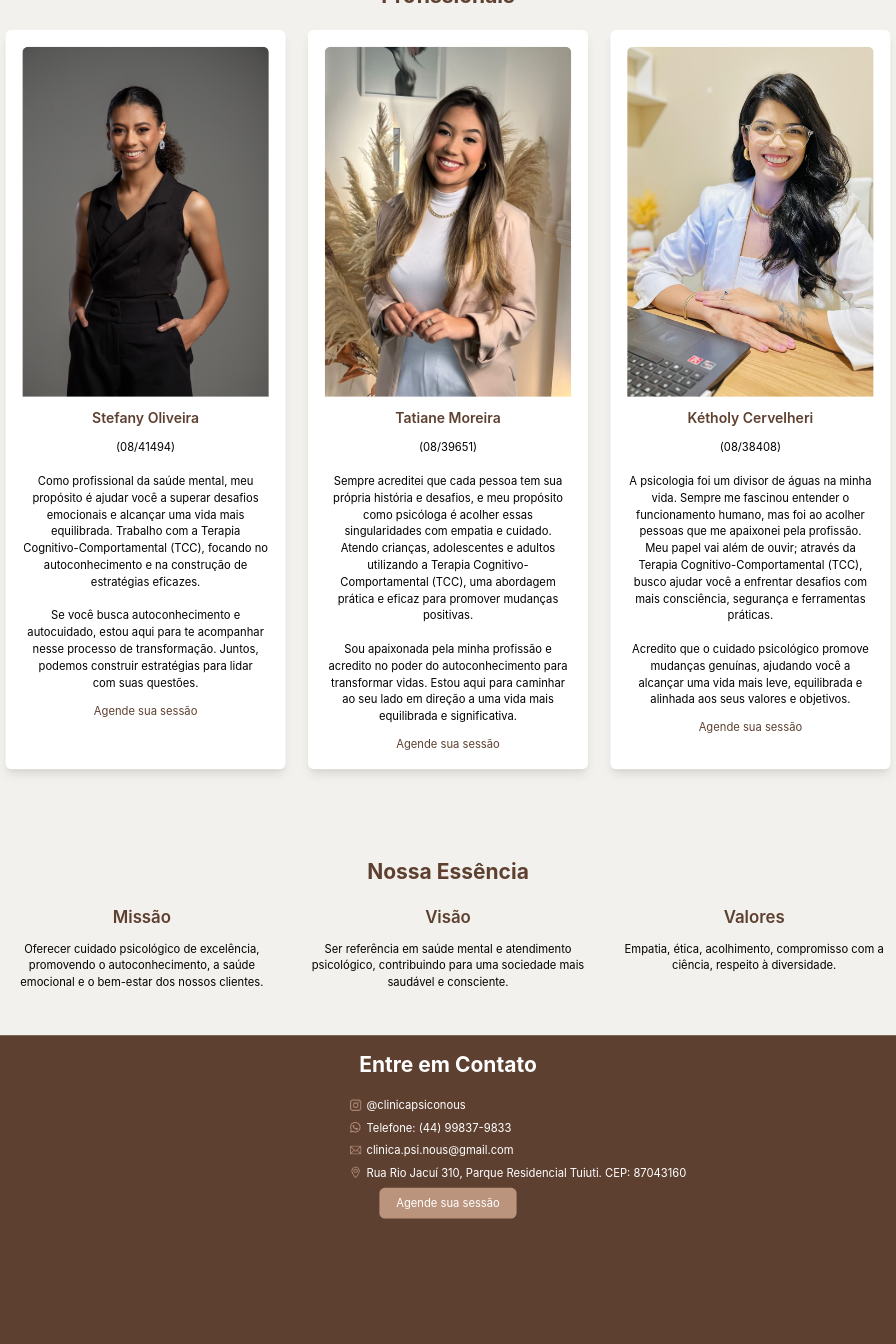
Repository: Mcervelheri/Nous
Page: /
The author's editor kept a copy of each file at every save. The page is drawn from the files as they stood at one save, then again after the next save.
The browser window is 1280 px wide. The pictures show the part of the page from y = 1517 to 3437 px (the page is 3486 px tall), at 70% of full size.
Pictures or frames that could not be fetched are drawn as grey boxes. The project was rebuilt for these pictures with package versions that can differ from the ones it lists, and the page was loaded fresh each time. Also part of the build but not shown: vite.config.js.

Above is the page before, as saved 2025-03-05 14:49:46.

### index.html
<!DOCTYPE html>
<html lang="en">
  <head>
    <meta charset="UTF-8" />
    <link rel="icon" type="image/svg+xml" href="/src/assets/logos/NOUS.png" />
    <meta name="viewport" content="width=device-width, initial-scale=1.0" />
    <title>Clínica NOUS</title>
  </head>
  <body>
    <div id="root"></div>
    <script type="module" src="/src/main.jsx"></script>
  </body>
</html>

### src/index.css
* {
  margin: 0;
  padding: 0;
  box-sizing: border-box;
}

@media (min-width: 768px) {
  .menu {
    display: flex !important;
  }

  .img_meninas {
    height: 500px;
  }
}

@media (max-width: 768px) {
  .img_meninas {
    height: 500px;
  }

  .inicio {
    flex-direction: column;
  }
}

@media (max-width: 570px) {
  .inicio p {
    text-align: center;
    font-size: 14px;
  }
}

html,
body {
  height: 100%;
  margin: 0;
  padding: 0;
}

#root {
  min-height: 100%;
  display: flex;
  flex-direction: column;
}

main {
  flex: 1;
  padding-bottom: 100px;
  /* Espaço suficiente para o footer */
}

footer {
  flex-shrink: 0;
  /* Isso impede que o footer encolha */
}

body {
  margin: 0;
  font-family: -apple-system, BlinkMacSystemFont, "Segoe UI", "Roboto", "Oxygen",
    "Ubuntu", "Cantarell", "Fira Sans", "Droid Sans", "Helvetica Neue",
    sans-serif;
  -webkit-font-smoothing: antialiased;
  -moz-osx-font-smoothing: grayscale;
}

code {
  font-family: source-code-pro, Menlo, Monaco, Consolas, "Courier New",
    monospace;
}

.map-container {
  height: 100%;
  width: 100%;
}

@tailwind base;
@tailwind components;
@tailwind utilities;

### src/App.jsx
import Footer from "./components/Footer";
import Header from "./components/Header";
import Main from "./components/Main";

function App() {
  return (
    <>
      <Header />
      <Main />
      <Footer />
    </>
  );
}

export default App;

### src/components/Footer.jsx
import React from "react";
import FooterLinksList from "./FooterLinksList";
import Map from "./Map";
import CopyWrite from "./CopyWrite";

const Footer = () => {
  return (
    <footer
      id="contato"
      className="bg-[#5e4031] text-white pt-6 mt-auto relative z-20"
    >
      <div className="container mx-auto flex flex-col items-center text-center">
        <div>
          <h2 className="text-3xl font-bold mb-6">Entre em Contato</h2>
          <FooterLinksList />
          <a
            href="/formulario"
            className="bg-[#bb947e] text-white px-6 py-3 rounded-lg hover:bg-[#c79165]"
          >
            Agende sua sessão
          </a>
        </div>
        <Map />
      </div>
      <CopyWrite />
    </footer>
  );
};

export default Footer;

### src/components/Header.jsx
import "react";
import { useState } from "react";
import NavLogo from "./NavLogo";
import HamburgerButton from "./HamburgerButton.jsx";
import NavLinks from "./NavLinks";
import logoNous from "/src/assets/logos/logo-nous.png";

const Header = () => {
  const [isOpen, setIsOpen] = useState(false);

  return (
    <nav className="bg-white w-full fixed z-30">
      <div className="max-w-7xl mx-auto px-4 sm:px-6 lg:px-8">
        <div className="flex justify-between items-center h-16">
          <NavLogo logoSrc={logoNous} alt="Logo NOUS" />
          <HamburgerButton isOpen={isOpen} onClick={() => setIsOpen(!isOpen)} />
          <NavLinks isOpen={isOpen} />
        </div>
      </div>
    </nav>
  );
};

export default Header;

### src/components/Main.jsx
import "react";
import Home from "./Home";
import About from "./About";
import Informations from "./Informations";
import Professionals from "./Professionals";
import Essence from "./Essence";

const Main = () => {
  return (
    <>
      <Home />
      <About />
      <Informations />
      <Professionals />
      <Essence />
    </>
  );
};

export default Main;

### src/components/FooterLinksList.jsx
import React from "react";
import FooterLinkData from "./FooterLinkData";
import FooterLink from "./FooterLink";

const FooterLinksList = () => {
  return (
    <div className="mb-4 lg:ml-48 md:ml-48">
      {FooterLinkData.map((FooterLinksList, index) => (
        <FooterLink key={index} {...FooterLinksList} />
      ))}
    </div>
  );
};

export default FooterLinksList;

### src/components/Map.jsx
import React from "react";

const Map = () => {
  return (
    <div className="map-container mt-6 flex justify-center">
      <iframe
        src="https://www.google.com/maps/embed?pb=!1m18!1m12!1m3!1d3661.7272371990225!2d-51.90296751489406!3d-23.39808284194116!2m3!1f0!2f0!3f0!3m2!1i1024!2i768!4f13.1!3m3!1m2!1s0x94ecd10509058b2f%3A0x8e8996fb5f8ad129!2sR.%20Rio%20Jacu%C3%AD%2C%20310%20-%20Conj.%20Res.%20Branca%20Vieira%2C%20Maring%C3%A1%20-%20PR%2C%2087043-160!5e0!3m2!1spt-BR!2sbr!4v1737847076201!5m2!1spt-BR!2sbr"
        width="100%"
        style={{ border: 0 }}
        allowFullScreen=""
        loading="lazy"
        referrerPolicy="no-referrer-when-downgrade"
      ></iframe>
    </div>
  );
};

export default Map;

### src/components/CopyWrite.jsx
import React from "react";

const CopyWrite = () => {
  return (
    <div className="bg-[#bb947e] text-white text-center mt-6 text-sm">
      <p>&copy; 2025 Todos os direitos reservados.</p>
      <p>Desenvolvido por: Matheus Cervelheri</p>
    </div>
  );
};

export default CopyWrite;

### src/components/NavLogo.jsx
import React from "react";

const NavLogo = ({ logoSrc, alt }) => (
  <div>
    <a href="#inicio">
      <img src={logoSrc} alt={alt} className="h-16" />
    </a>
  </div>
);

export default NavLogo;

### src/components/HamburgerButton.jsx
import React from "react";

const HamburgerButton = ({ isOpen, onClick }) => {
  return (
    <button
      className="relative flex flex-col justify-between w-10 h-10 p-2 md:hidden"
      onClick={onClick}
    >
      <span
        className={`block w-8 h-1 bg-[#5e4031] rounded transition-all duration-300 ease-in-out ${
          isOpen ? "rotate-45 translate-y-2.5" : ""
        }`}
      ></span>
      <span
        className={`block w-8 h-1 bg-[#5e4031] rounded transition-all duration-300 ease-in-out ${
          isOpen ? "opacity-0" : ""
        }`}
      ></span>
      <span
        className={`block w-8 h-1 bg-[#5e4031] rounded transition-all duration-300 ease-in-out ${
          isOpen ? "-rotate-45 -translate-y-2.5" : ""
        }`}
      ></span>
    </button>
  );
};

export default HamburgerButton;

### src/components/NavLinks.jsx
import React from "react";
import NavLink from "./NavLink";

const NavLinks = ({ isOpen }) => {
  const links = [
    { href: "#inicio", label: "Início" },
    { href: "#sobre", label: "Sobre" },
    { href: "#profissionais", label: "Profissionais" },
    { href: "#missao", label: "Missão" },
    { href: "#contato", label: "Agende", isButton: true },
  ];

  return (
    <div
      className={`
      absolute right-0 transform transition-all duration-300 ease-in-out
      md:flex md:items-center md:space-x-6 rounded-b-[1vw] menu
      ${
        isOpen
          ? "opacity-100 visible top-16 bg-white shadow-md z-10"
          : "opacity-0 invisible -top-96 md:visible md:opacity-100 md:static"
      }
    `}
    >
      {links.map((link) => (
        <NavLink key={link.href} href={link.href} isButton={link.isButton}>
          {link.label}
        </NavLink>
      ))}
    </div>
  );
};

export default NavLinks;

### src/components/Home.jsx
import "react";
import logoGrande from "/src/assets/logos/logo-nous-grande.png";

const Home = () => {
  return (
    <div id="inicio" className="relative h-screen">
      <div className="inicio fixed inset-0 flex items-center bg-[#bb947e] justify-center z-10 pointer-events-none">
        <div className="max-w-xl">
          <img src={logoGrande} alt="NOUS " className="img_inicio object-fit" />
        </div>
        <p className="text-xl max-w-2xl text-black mx-auto">
          Reconheça, compreenda, transforme-se.
        </p>
      </div>
    </div>
  );
};

export default Home;

### src/components/About.jsx
import React from "react";

const Sobre = () => {
  return (
    <div id="sobre" className="relative bg-[#f3f1ed] py-16 z-20">
      <div className="container mx-auto text-center">
        <h2 className="text-3xl font-bold mb-6 text-[#5e4031]">
          NOUS: Significado
        </h2>
        <p className="max-w-2xl mx-auto text-lg">
          O nome Nous vem do grego antigo e significa “mente”, “inteligência” ou
          “razão”. Na filosofia grega, Nous é a razão divina que governa o
          universo, trazendo ordem e harmonia ao cosmos. Para nós, esse conceito
          simboliza a importância do autoconhecimento e da inteligência
          emocional no cuidado com a saúde mental.
          <br></br>
          <br></br>
          Em nossa clínica, Nous representa nossa missão de cuidar da mente e
          promover o equilíbrio através da razão e do entendimento profundo dos
          sentimentos e pensamentos.
        </p>
      </div>
    </div>
  );
};

export default Sobre;

### src/components/Informations.jsx
import React from "react";

const Information = () => {
  return (
    <div id="Informacoes" className="relative bg-[#f3f1ed] py-6 z-20">
      <div className="container mx-auto text-center">
        <h2 className="text-3xl font-bold mb-6 text-[#5e4031]">
          Publico atendido
        </h2>
        <p className="max-w-2xl mx-auto text-lg">
          Crianças, adolescentes e adultos.
        </p>
        <br></br>
        <h2 className="text-3xl font-bold mb-6 text-[#5e4031]">Horários</h2>
        <p>Segunda-feira à sexta 08:00 às 20:00</p>
        <p>Sabado das 08:00 às 12:00</p>
      </div>
    </div>
  );
};

export default Information;

### src/components/Professionals.jsx
import React from "react";
import ProfessionalsList from "./ProfessionalsList";

const Professionals = () => {
  return (
    <>
      <div id="profissionais" className="relative bg-[#f3f1ed] py-16 z-20">
        <div className="container mx-auto text-center">
          <h2 className="text-3xl font-bold mb-8 text-[#5e4031]">
            Profissionais
          </h2>
          <ProfessionalsList />
        </div>
      </div>
    </>
  );
};

export default Professionals;

### src/components/Essence.jsx
import React from "react";
import EssenceList from "./EssenceList";

const Mission = () => {
  return (
    <div id="missao" className="py-16 relative bg-[#f3f1ed] z-20">
      <div className="container mx-auto text-center">
        <h2 className="text-3xl font-bold mb-8 text-[#5e4031]">
          Nossa Essência
        </h2>
        <div className="grid md:grid-cols-3 gap-8">
          <EssenceList />
        </div>
      </div>
    </div>
  );
};

export default Mission;

### src/components/FooterLinkData.jsx
import React from "react";
import instagram from "/src/assets/icones/instagram.png";
import whatsapp from "/src/assets/icones/whatsapp.png";
import mail from "/src/assets/icones/email.png";
import address from "/src/assets/icones/endereco.png";

const FooterLinkData = [
  {
    href: "https://www.instagram.com/clinicapsiconous",
    src: instagram,
    alt: "Instagram",
    description: "@clinicapsiconous",
  },
  {
    href: "https://wa.me/554498379833",
    src: whatsapp,
    alt: "Whatsapp",
    description: "Telefone: (44) 99837-9833",
  },
  {
    href: "mailto:clinica.psi.nous@gmail.com",
    src: mail,
    alt: "Email",
    description: "clinica.psi.nous@gmail.com",
  },
  {
    href: "https://maps.app.goo.gl/mNjhGvmNRAyKF6jt9",
    src: address,
    alt: "Endereço",
    description: "Rua Rio Jacuí 310, Parque Residencial Tuiuti. CEP: 87043160",
  },
];

export default FooterLinkData;

### src/components/FooterLink.jsx
import React from "react";

const FooterLink = ({ href, src, alt, description }) => {
  return (
    <a
      href={href}
      target="_blank"
      rel="noopener noreferrer"
      className="flex items-center justify-right"
    >
      <img src={src} alt={alt} className="m-2"></img>
      {description}
    </a>
  );
};

export default FooterLink;

### src/components/NavLink.jsx
import React from "react";

const NavLink = ({ href, children, isButton }) => {
  const baseClasses = "block px-4 py-2";
  const regularClasses = `${baseClasses} md:px-0 hover:text-[#bb947e]`;
  const buttonClasses = `${baseClasses} bg-[#bb947e] text-white px-4 py-2 rounded hover:bg-[#c79165]`;

  return (
    <a href={href} className={isButton ? buttonClasses : regularClasses}>
      {children}
    </a>
  );
};
export default NavLink;

### src/components/ProfessionalsList.jsx
import React from "react";
import Professional from "./Professional";
import professionalsData from "./ProfessionalsData";

import { Swiper, SwiperSlide } from "swiper/react";
import { Navigation, Pagination } from "swiper/modules";

import "swiper/css";
import "swiper/css/navigation";
import "swiper/css/pagination";

const ProfessionalsList = () => {
  return (
    <div className="px-2">
      <div className="hidden lg:grid lg:grid-cols-3 gap-8">
        {professionalsData.map((professional, index) => (
          <Professional key={index} {...professional} />
        ))}
      </div>
      <div className="lg:hidden">
        <Swiper
          modules={[Navigation, Pagination]}
          spaceBetween={16}
          slidesPerView={1}
          navigation
          pagination={{ clickable: true }}
        >
          {professionalsData.map((professional, index) => (
            <SwiperSlide key={index}>
              <Professional {...professional} />
            </SwiperSlide>
          ))}
        </Swiper>
      </div>
    </div>
  );
};

export default ProfessionalsList;

### src/components/EssenceList.jsx
import React from "react";
import EssenceItem from "./EssenceItem";
import EssenceItensData from "./EssenceItensData";

const EssenceList = () => {
  return (
    <>
      {EssenceItensData.map((item, index) => (
        <EssenceItem key={index} {...item} />
      ))}
    </>
  );
};

export default EssenceList;

### src/components/Professional.jsx
import React from "react";

const Professional = ({ img, name, crp, text1, text2 }) => {
  return (
    <div className="bg-white shadow-lg rounded-lg p-6 w-full">
      <div>
        <img
          src={img}
          alt={name}
          className="w-full img_meninas object-cover object-top rounded-t-lg"
        />
      </div>
      <h3 className="text-xl font-semibold my-4 text-[#5e4031]">{name}</h3>
      <p className="mb-4">
        ({crp})
        <br />
        <br />
        {text1}
        <br />
        <br />
        {text2}
      </p>
      <a href="#contato" className="text-[#5e4031] hover:underline">
        Agende sua sessão
      </a>
    </div>
  );
};

export default Professional;

### src/components/ProfessionalsData.jsx
import stefanyImg from "/src/assets/professionals/Stefany.jpg";
import tatianeImg from "/src/assets/professionals/Tatiane.jpg";
import ketholyImg from "/src/assets/professionals/Ketholy.jpg";

const professionalsData = [
  {
    img: stefanyImg,
    name: "Stefany Oliveira",
    crp: "08/41494",
    text1:
      "Como profissional da saúde mental, meu propósito é ajudar você a superar desafios emocionais e alcançar uma vida mais equilibrada. Trabalho com a Terapia Cognitivo-Comportamental (TCC), focando no autoconhecimento e na construção de estratégias eficazes.",
    text2:
      "Se você busca autoconhecimento e autocuidado, estou aqui para te acompanhar nesse processo de transformação. Juntos, podemos construir estratégias para lidar com suas questões.",
  },
  {
    img: tatianeImg,
    name: "Tatiane Moreira",
    crp: "08/39651",
    text1:
      "Sempre acreditei que cada pessoa tem sua própria história e desafios, e meu propósito como psicóloga é acolher essas singularidades com empatia e cuidado. Atendo crianças, adolescentes e adultos utilizando a Terapia Cognitivo-Comportamental (TCC), uma abordagem prática e eficaz para promover mudanças positivas.",
    text2:
      "Sou apaixonada pela minha profissão e acredito no poder do autoconhecimento para transformar vidas. Estou aqui para caminhar ao seu lado em direção a uma vida mais equilibrada e significativa.",
  },
  {
    img: ketholyImg,
    name: "Kétholy Cervelheri",
    crp: "08/38408",
    text1:
      "A psicologia foi um divisor de águas na minha vida. Sempre me fascinou entender o funcionamento humano, mas foi ao acolher pessoas que me apaixonei pela profissão. Meu papel vai além de ouvir; através da Terapia Cognitivo-Comportamental (TCC), busco ajudar você a enfrentar desafios com mais consciência, segurança e ferramentas práticas.",
    text2:
      "Acredito que o cuidado psicológico promove mudanças genuínas, ajudando você a alcançar uma vida mais leve, equilibrada e alinhada aos seus valores e objetivos.",
  },
];

export default professionalsData;

### src/components/EssenceItem.jsx
import React from "react";

const EssenceItem = ({ item, text }) => {
  return (
    <div>
      <h3 className="text-2xl font-semibold mb-4 text-[#5e4031]">{item}</h3>
      <p>{text}</p>
    </div>
  );
};

export default EssenceItem;

### src/components/EssenceItensData.jsx
import React from "react";

const EssenceItensData = [
  {
    item: "Missão",
    text: "Oferecer cuidado psicológico de excelência, promovendo o autoconhecimento, a saúde emocional e o bem-estar dos nossos clientes.",
  },
  {
    item: "Visão",
    text: "Ser referência em saúde mental e atendimento psicológico, contribuindo para uma sociedade mais saudável e consciente.",
  },
  {
    item: "Valores",
    text: "Empatia, ética, acolhimento, compromisso com a ciência, respeito à diversidade.",
  },
];

export default EssenceItensData;

Loaded but not shown: src/main.jsx (common file); tailwind.config.js (common file)

After the next save:
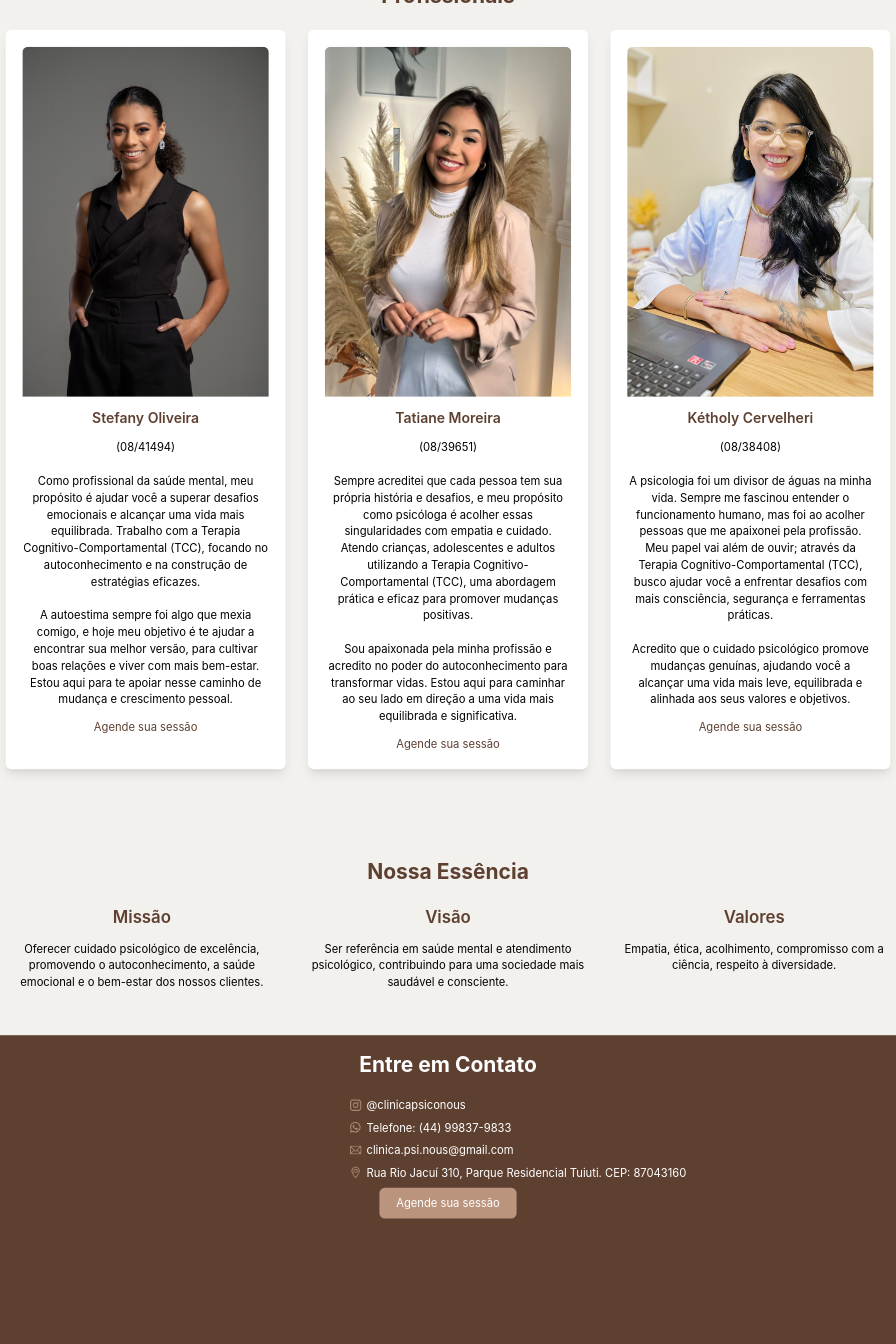
Saved 7 s later.
--- a/src/components/ProfessionalsData.jsx
+++ b/src/components/ProfessionalsData.jsx
@@ -10,7 +10,7 @@ const professionalsData = [
     text1:
       "Como profissional da saúde mental, meu propósito é ajudar você a superar desafios emocionais e alcançar uma vida mais equilibrada. Trabalho com a Terapia Cognitivo-Comportamental (TCC), focando no autoconhecimento e na construção de estratégias eficazes.",
     text2:
-      "Se você busca autoconhecimento e autocuidado, estou aqui para te acompanhar nesse processo de transformação. Juntos, podemos construir estratégias para lidar com suas questões.",
+      "A autoestima sempre foi algo que mexia comigo, e hoje meu objetivo é te ajudar a encontrar sua melhor versão, para cultivar boas relações e viver com mais bem-estar. Estou aqui para te apoiar nesse caminho de mudança e crescimento pessoal.",
   },
   {
     img: tatianeImg,
